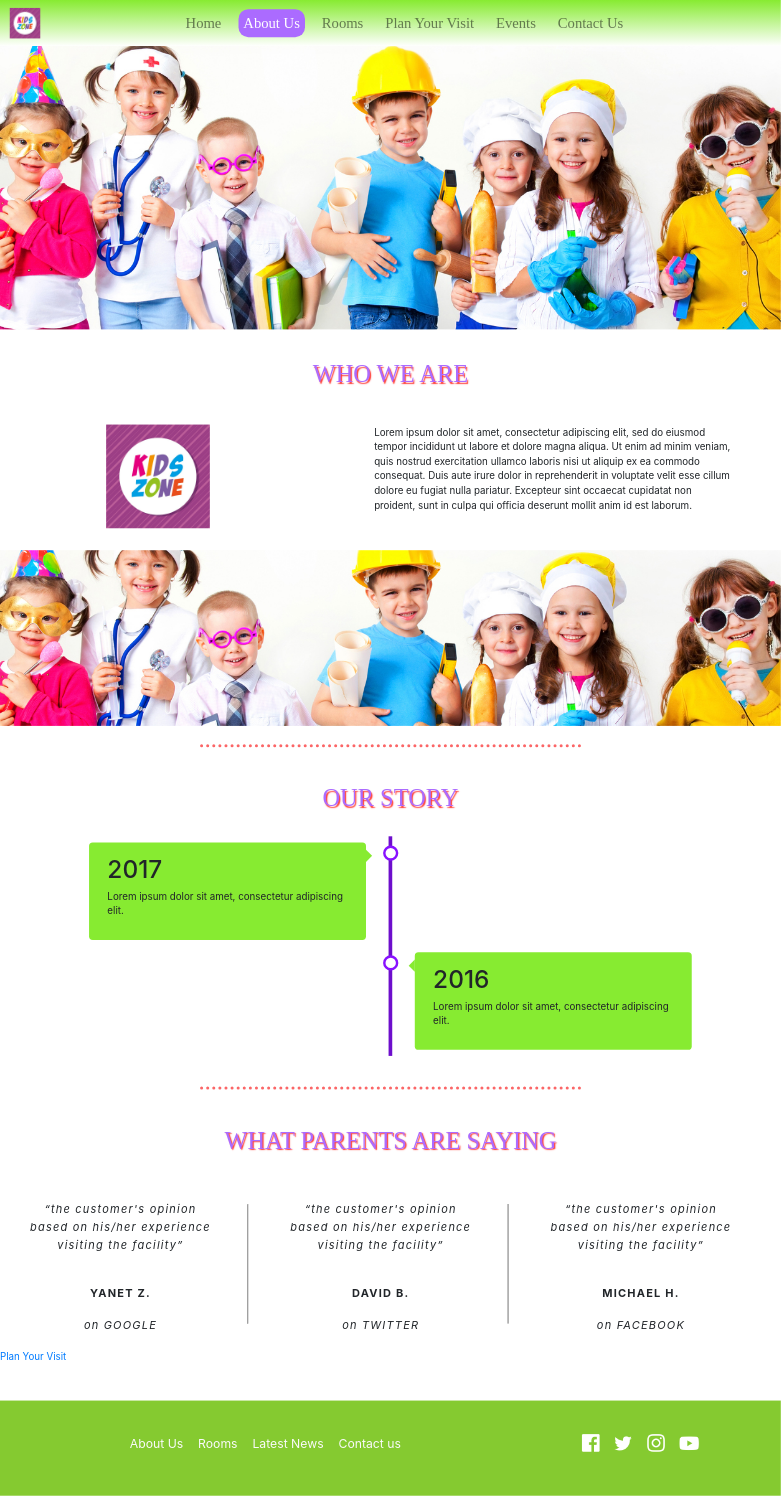
Repository: Code-Institute-Submissions/my-first-frontend-milestone-project
Page: about.html
The author's editor kept a record of every edit. The page is drawn from the files as they stood at one moment, then again after the next edit.
The browser window is 1280 px wide. The pictures show the whole page, at 61% of full size.
Some web fonts or font styles are not loaded; a fallback is used.

Above is the page before.

After the next edit:
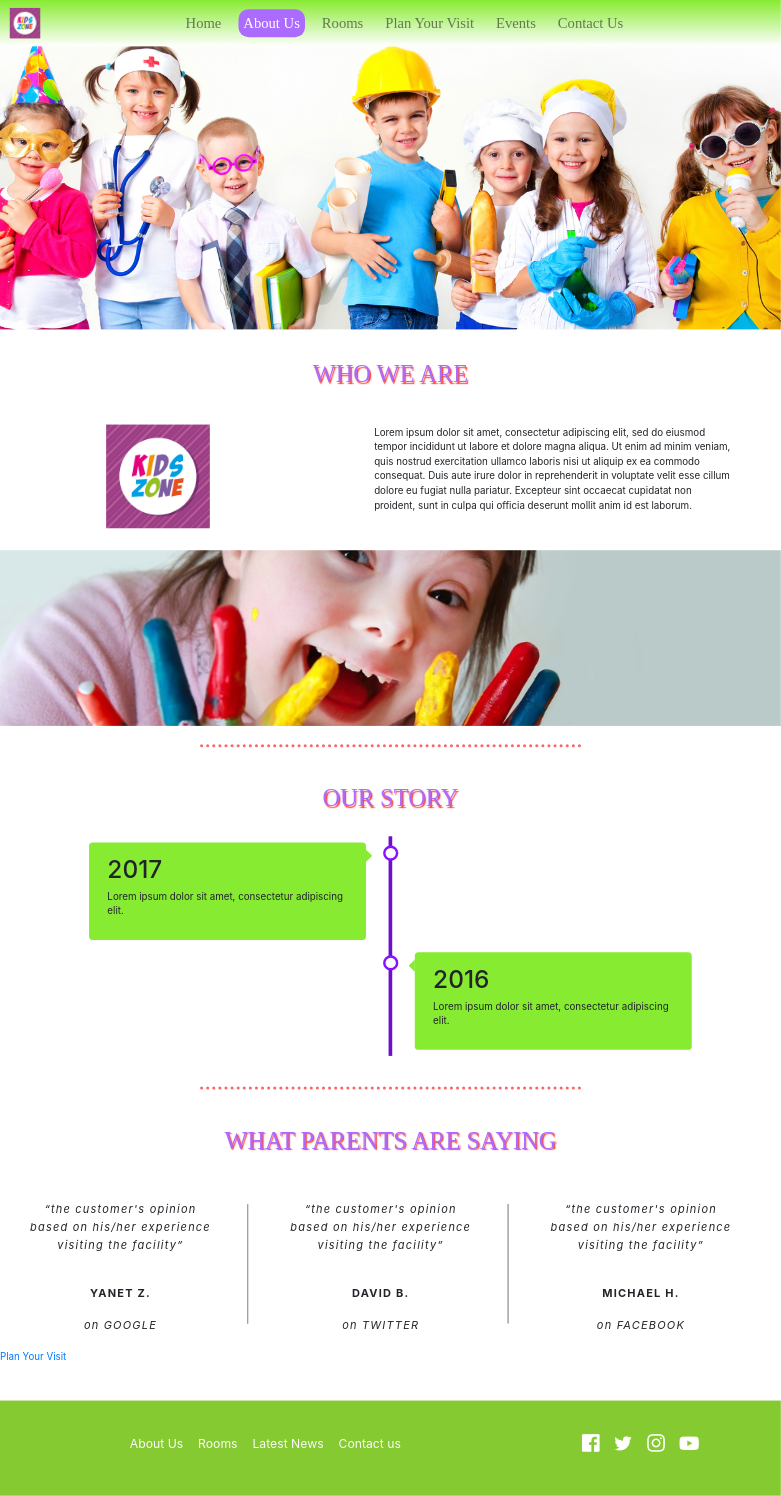
The edit:
--- a/css/style.css
+++ b/css/style.css
@@ -151,7 +151,7 @@
 
 .about-us-banner-center {
   height: 40vh;
-  background: url("../images/about-us.jpg") no-repeat center center;
+  background: url("../images/child-hand-paint.jpg") no-repeat center center;
   -webkit-background-size: cover;
   -moz-background-size: cover;
   -o-background-size: cover;
